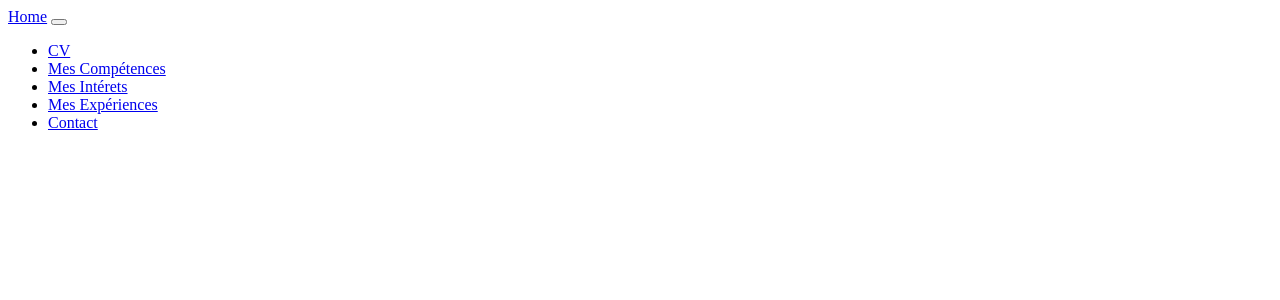
Repository: larwenIcode/Portfolio---OLD
Page: http://localhost/Common/navbar.php
An editor plug-in stored every save of this project. The page is shown before and after the next save, followed by the edit.
The browser window is 1280 px wide. The pictures show the whole page.
The page is run by PHP 8.4 with error messages shown; the project is at /var/www/html/.

Above is the page before, as saved 2021-02-23 11:00:46.

### Common/navbar.php
<nav class="navbar navbar-expand-lg navbar-dark-bg bg-dark">
    <div class="container-fluid">
        <a class="navbar-brand" href="#"><i class="bi bi-house"></i> Home</a>
        <button class="navbar-toggler" type="button" data-bs-toggle="collapse" data-bs-target="#navbarSupportedContent" aria-controls="navbarSupportedContent" aria-expanded="false" aria-label="Toggle navigation">
          <span class="navbar-toggler-icon"></span>
        </button>
        <div class="collapse navbar-collapse" id="navbarSupportedContent">
          <ul class="navbar-nav me-auto mb-2 mb-lg-0">
            <li class="nav-item">
              <a class="nav-link" href="#">CV</a>
            </li>
            <li class="nav-item">
              <a class="nav-link" href="#">Mes Compétences</a>
            </li>
            <li class="nav-item">
                <a href="#" class="nav-link">Mes Intérets</a>
            </li>
            <li class="nav-item">
                <a href="#" class="nav-link">Mes Expériences</a>
            </li>
            <li class="nav-item">
                <a href="#" class="nav-link">Contact</a>
            </li>
          </ul>
        </div>
      </div>
</nav>

After the next save:
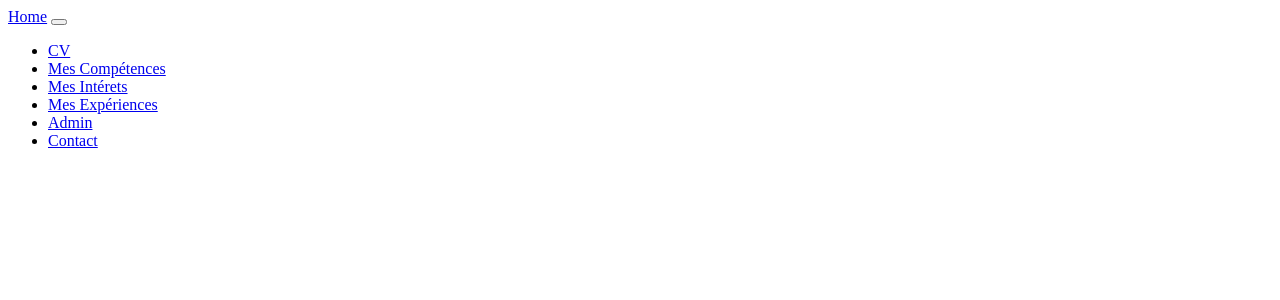
Saved 3 min 30 s later.
--- a/Common/navbar.php
+++ b/Common/navbar.php
@@ -18,6 +18,11 @@
             <li class="nav-item">
                 <a href="#" class="nav-link">Mes Expériences</a>
             </li>
+            <!--Partie admin-->
+            <li class="nav-item">
+                <a href="#">Admin</a>
+            </li>
+            <!--fin de partie admin-->
             <li class="nav-item">
                 <a href="#" class="nav-link">Contact</a>
             </li>
